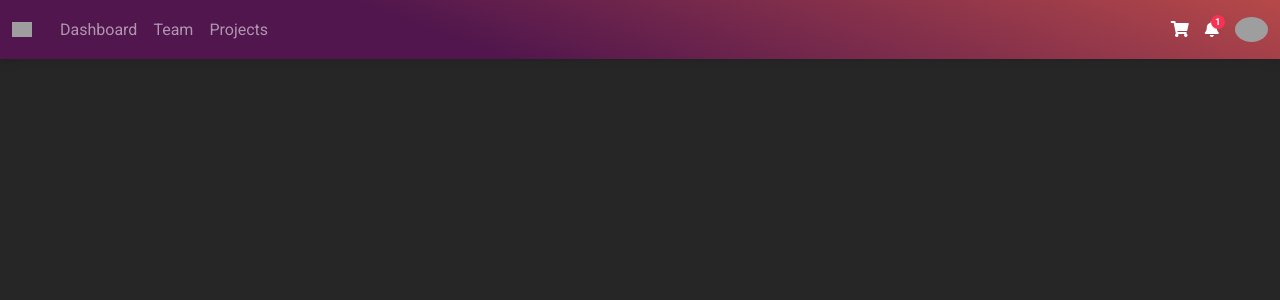
Repository: TzStrikerYT/Bit-Games
Page: index.html
These files come from the project's save history. The page is drawn as it stood at one moment and after the next save; the edit follows.
The browser window is 1280 px wide. The pictures show the whole page.
Pictures or frames that could not be fetched are drawn as grey boxes.

Above is the page before, as saved 2021-12-09 20:34:10.

### index.html
<!DOCTYPE html>
<html lang="en">
  <head>
    <meta charset="UTF-8" />
    <meta http-equiv="X-UA-Compatible" content="IE=edge" />
    <meta name="viewport" content="width=device-width, initial-scale=1.0" />
    <title>Bit-Games</title>

    <!-- Font Awesome -->
    <link
      href="https://cdnjs.cloudflare.com/ajax/libs/font-awesome/5.15.1/css/all.min.css"
      rel="stylesheet"
    />
    <!-- Google Fonts -->
    <link
      href="https://fonts.googleapis.com/css?family=Roboto:300,400,500,700&display=swap"
      rel="stylesheet"
    />
    <!-- MDB -->
    <link
      href="https://cdnjs.cloudflare.com/ajax/libs/mdb-ui-kit/3.10.1/mdb.min.css"
      rel="stylesheet"
    />

    <link rel="stylesheet" href="assets/styles.css">
  </head>
  <body class="bg-dark">
    <!-- Navbar -->
    <nav class="navbar navbar-expand-md navbar-dark bg-nav-custom">
      <!-- Container wrapper -->
      <div class="container-fluid">
        <!-- Toggle button -->
        <button
          class="navbar-toggler"
          type="button"
          data-mdb-toggle="collapse"
          data-mdb-target="#navbarSupportedContent"
          aria-controls="navbarSupportedContent"
          aria-expanded="false"
          aria-label="Toggle navigation"
        >
          <i class="fas fa-bars"></i>
        </button>

        <!-- Collapsible wrapper -->
        <div class="collapse navbar-collapse" id="navbarSupportedContent">
          <!-- Navbar brand -->
          <a class="navbar-brand mt-2 mt-lg-0" href="#">
            <img
              src="https://mdbootstrap.com/img/logo/mdb-transaprent-noshadows.png"
              height="15"
              alt="MDB Logo"
              loading="lazy"
            />
          </a>
          <!-- Left links -->
          <ul class="navbar-nav me-auto mb-2 mb-lg-0">
            <li class="nav-item">
              <a class="nav-link" href="#">Dashboard</a>
            </li>
            <li class="nav-item">
              <a class="nav-link" href="#">Team</a>
            </li>
            <li class="nav-item">
              <a class="nav-link" href="#">Projects</a>
            </li>
          </ul>
          <!-- Left links -->
        </div>
        <!-- Collapsible wrapper -->

        <!-- Right elements -->
        <div class="d-flex align-items-center">
          <!-- Icon -->
          <a class="text-reset me-3" href="#">
            <i class="fas fa-shopping-cart text-white"></i>
          </a>

          <!-- Notifications -->
          <a
            class="text-reset me-3 dropdown-toggle hidden-arrow"
            href="#"
            id="navbarDropdownMenuLink"
            role="button"
            data-mdb-toggle="dropdown"
            aria-expanded="false"
          >
            <i class="fas fa-bell text-white"></i>
            <span class="badge rounded-pill badge-notification bg-danger"
              >1</span
            >
          </a>
          <ul
            class="dropdown-menu dropdown-menu-end"
            aria-labelledby="navbarDropdownMenuLink"
          >
            <li>
              <a class="dropdown-item" href="#">Some news</a>
            </li>
            <li>
              <a class="dropdown-item" href="#">Another news</a>
            </li>
            <li>
              <a class="dropdown-item" href="#">Something else here</a>
            </li>
          </ul>

          <!-- Avatar -->
          <a
            class="dropdown-toggle d-flex align-items-center hidden-arrow"
            href="#"
            id="navbarDropdownMenuLink"
            role="button"
            data-mdb-toggle="dropdown"
            aria-expanded="false"
          >
            <img
              src="https://mdbootstrap.com/img/new/avatars/2.jpg"
              class="rounded-circle"
              height="25"
              alt="Black and White Portrait of a Man"
              loading="lazy"
            />
          </a>
          <ul
            class="dropdown-menu dropdown-menu-end"
            aria-labelledby="navbarDropdownMenuLink"
          >
            <li>
              <a class="dropdown-item" href="#">My profile</a>
            </li>
            <li>
              <a class="dropdown-item" href="#">Settings</a>
            </li>
            <li>
              <a class="dropdown-item" href="#">Logout</a>
            </li>
          </ul>
        </div>
        <!-- Right elements -->
      </div>
      <!-- Container wrapper -->
    </nav>
    <!-- Navbar -->

    <!-- MDB -->
    <script
      type="text/javascript"
      src="https://cdnjs.cloudflare.com/ajax/libs/mdb-ui-kit/3.10.1/mdb.min.js"
    ></script>
  </body>
</html>

### assets/styles.css
.bg-nav-custom {
    background: rgb(80,22,77);
    background: linear-gradient(20deg, rgba(80,22,77,1) 35%, rgba(182,73,73,1) 100%);
}

After the next save:
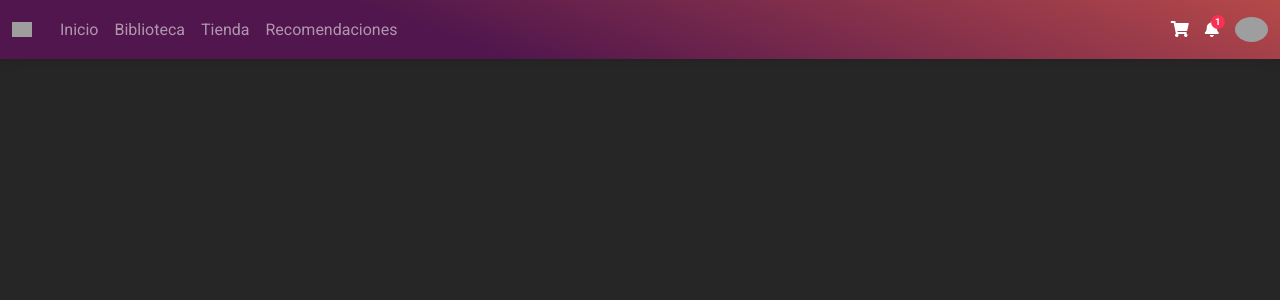
Saved 117 s later.
--- a/index.html
+++ b/index.html
@@ -22,7 +22,7 @@
       rel="stylesheet"
     />
 
-    <link rel="stylesheet" href="assets/styles.css">
+    <link rel="stylesheet" href="assets/styles.css" />
   </head>
   <body class="bg-dark">
     <!-- Navbar -->
@@ -56,13 +56,16 @@
           <!-- Left links -->
           <ul class="navbar-nav me-auto mb-2 mb-lg-0">
             <li class="nav-item">
-              <a class="nav-link" href="#">Dashboard</a>
+              <a class="nav-link" href="#">Inicio</a>
             </li>
             <li class="nav-item">
-              <a class="nav-link" href="#">Team</a>
+              <a class="nav-link" href="#">Biblioteca</a>
             </li>
             <li class="nav-item">
-              <a class="nav-link" href="#">Projects</a>
+              <a class="nav-link" href="#">Tienda</a>
+            </li>
+            <li class="nav-item">
+              <a class="nav-link" href="#">Recomendaciones</a>
             </li>
           </ul>
           <!-- Left links -->
